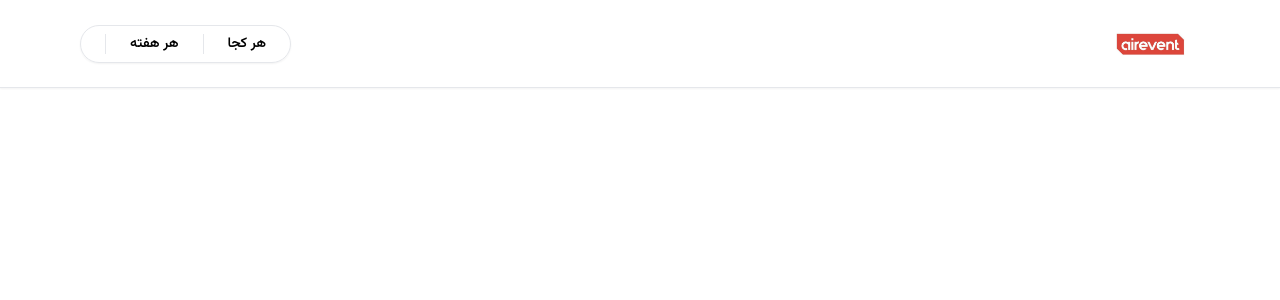
Repository: soroush-g/Eight
Page: /
The author's editor kept a copy of each file at every save. The page is drawn from the files as they stood at one save, then again after a run of saves.
The browser window is 1280 px wide. The pictures show the whole page.
The project was rebuilt for these pictures with package versions that can differ from the ones it lists, and the page was loaded fresh each time. The framework's server and built-in components were replaced by stand-ins that run in the browser. Also part of the build but not shown: next.config.mjs.

Above is the page before, as saved 2024-07-14 20:42:11.

### app/layout.tsx
import type { Metadata } from "next";
import { Vazirmatn } from "next/font/google";
import "./globals.css";
import Navbar from "./components/navbar/Navbar";

const vazir = Vazirmatn({ subsets: ['arabic'] });

export const metadata: Metadata = {
  title: "AIREVENT",
  description: "Covering events in all parts of the world",
};

export default function RootLayout({
  children,
}: Readonly<{
  children: React.ReactNode;
}>) {
  return (
    <html dir='rtl' lang="fa-Ir">
      <body className={vazir.className}>
        <Navbar />
        {children}
      </body>
    </html>
  );
}

### app/page.tsx

export default function Home() {
  return (
     <div className="text-yellow-700 text-2xl">بزرگترین رویدادهای کشور</div>
  )
}

### app/components/navbar/Navbar.tsx
import Container from "../Container";
import Logo from "./Logo";
import Search from "./Search";

const Navbar = () => {
    return (
        <div className="fixed w-full bg-white z-8 shadow-sm">
            <div className="py-2 border-b-[1px]">
              <Container>
                <div className="flex flex-row items-center justify-between gap-3 md:gap-0">
                 <Logo />
                 <Search />
                </div>
              </Container>
            </div>
        </div>
     );
}

export default Navbar;

### app/components/Container.tsx
'use client'

interface ContainerProps {
    children: React.ReactNode;
}

const Container: React.FC<ContainerProps> = ({children}) => {
    return (
        <div className="max-w-[2520px] mx-auto xl:px-20 md:px-10 sm:px-2 px-4">{children}</div>
     );
}

export default Container;

### app/components/navbar/Logo.tsx
'use client'

import Image from "next/image"
import { useRouter } from "next/navigation"

const Logo = () => {
    const router = useRouter();

    return(
        <Image alt="لوگو" className="hidden md:block cursor-pointer" height="100" width="100" src="/images/aireve.png" />
    )
}

export default Logo;

### app/components/navbar/Search.tsx
'use client';

const Search = () => {
    return (
        <div className="border-[1px] w-full md:w-auto py-2 rounded-full shadow-sm hover:shadow-md transition cursor-pointer">
            <div className="flex flex-row items-center justify-between">
              <div className="text-sm font-semibold px-6">
               هر کجا
              </div>
              <div className="hidden sm:block text-sm font-semibold px-6 border-x-[1px] flex-1 text-center">
                هر هفته
              </div>
              <div className="text-sm pl-6 ">

              </div>
            </div>
        </div>
     );
}

export default Search;

Loaded but not shown: app/globals.css (common file); tailwind.config.ts (common file)

After the next 3 saves:
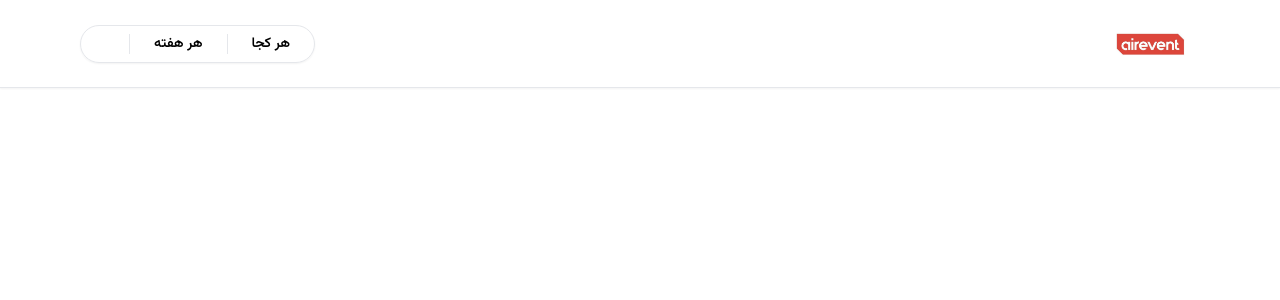
The 3 saves are shown as one change because they came seconds apart.
The last was saved 15 s later.
--- a/app/components/navbar/Search.tsx
+++ b/app/components/navbar/Search.tsx
@@ -10,7 +10,7 @@
               <div className="hidden sm:block text-sm font-semibold px-6 border-x-[1px] flex-1 text-center">
                 هر هفته
               </div>
-              <div className="text-sm pl-6 ">
+              <div className="text-sm pl-6 pr-6 ">
 
               </div>
             </div>
